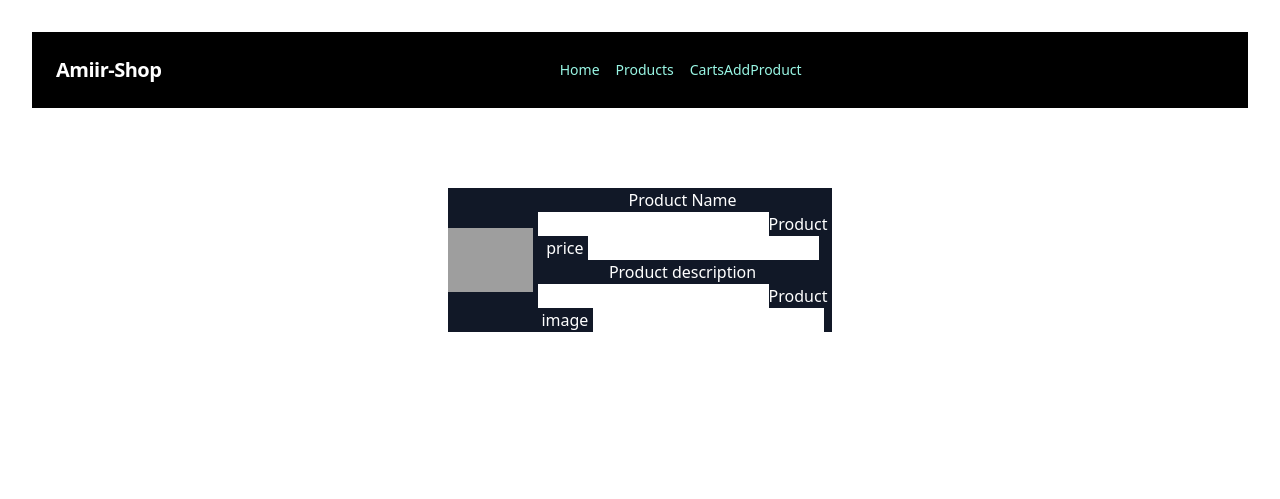
Repository: ENG-AMIIR-MUSE/ECommerce-app-using-react
Page: /addProducts
An editor plug-in stored every save of this project. The page is shown before and after the next save, followed by the edit.
The browser window is 1280 px wide. The pictures show the whole page.
Pictures or frames that could not be fetched are drawn as grey boxes. The page's requests for data from a server got no answer. The project was rebuilt for these pictures with package versions that can differ from the ones it lists, and the page was loaded fresh each time. No one was signed in, and anything a server would have sent is missing. Also part of the build but not shown: vite.config.js, src/Components/productList.js, src/Components/productCard.js.

Above is the page before, as saved 2023-06-24 19:01:17.

After the next save:
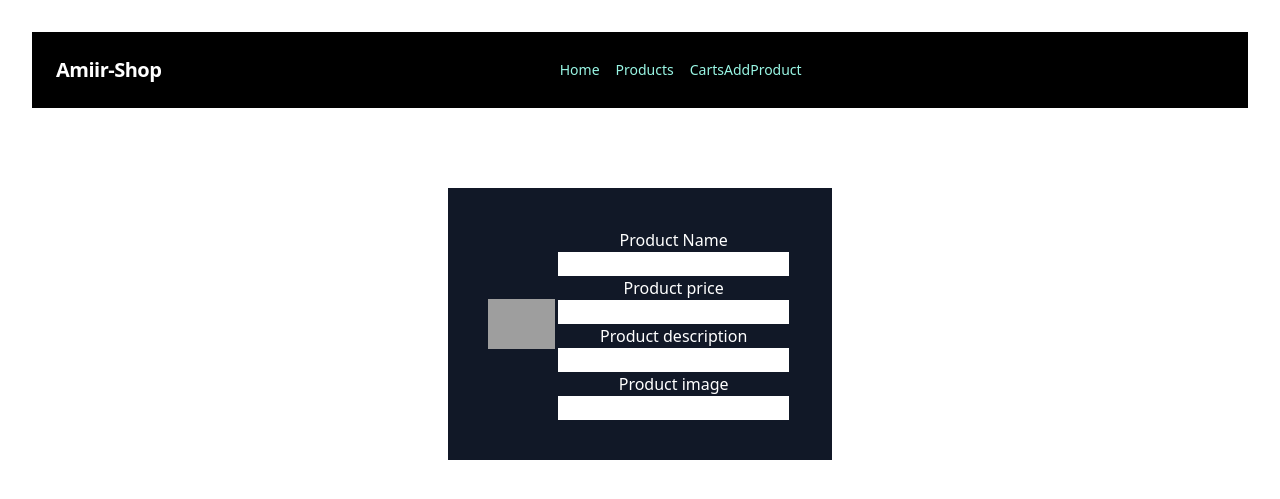
Saved 13 s later.
--- a/src/Components/AddProduct.jsx
+++ b/src/Components/AddProduct.jsx
@@ -4,7 +4,7 @@
 
     return(
 
-        <div  className="bg-gray-900 text-white flex max-w-sm mx-auto justify-center items-center ">
+        <div  className="bg-gray-900 text-white flex max-w-sm mx-auto justify-center items-center p-10 ">
           <div>
            <img src= {reactsvg}  alt="missing-product-image"/>
           </div>
